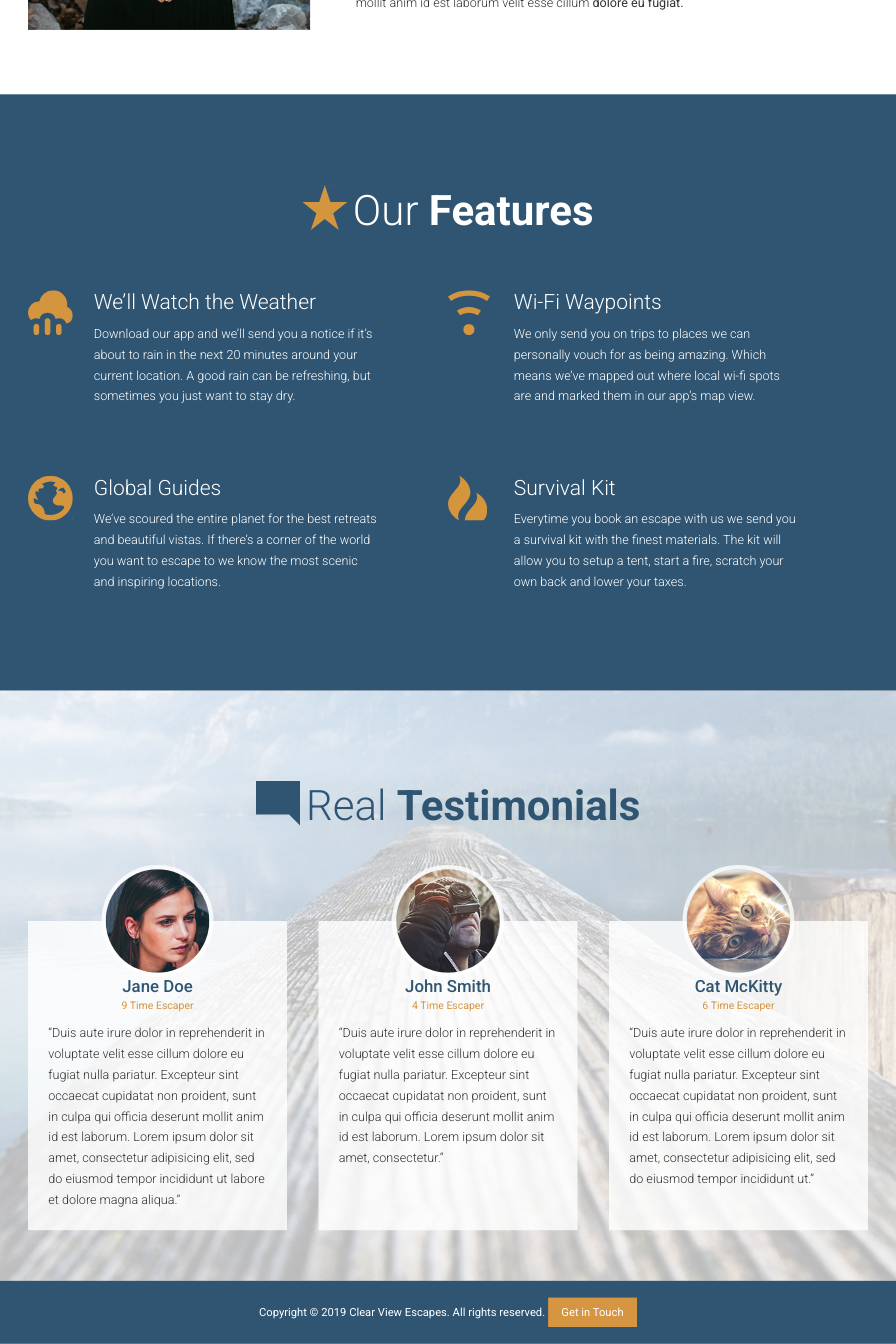
Repository: User0N/Travel-Website
Page: app/index.html
The author's editor kept a copy of each file at every save. The page is drawn from the files as they stood at one save, then again after the next save.
The browser window is 1280 px wide. The pictures show the part of the page from y = 2304 to 4224 px (the page is 4224 px tall), at 70% of full size.
A picture or video elsewhere on the page could not be fetched, so the positions and the page height are approximate.

Above is the page before, as saved 2020-01-11 21:20:15.

After the next save:
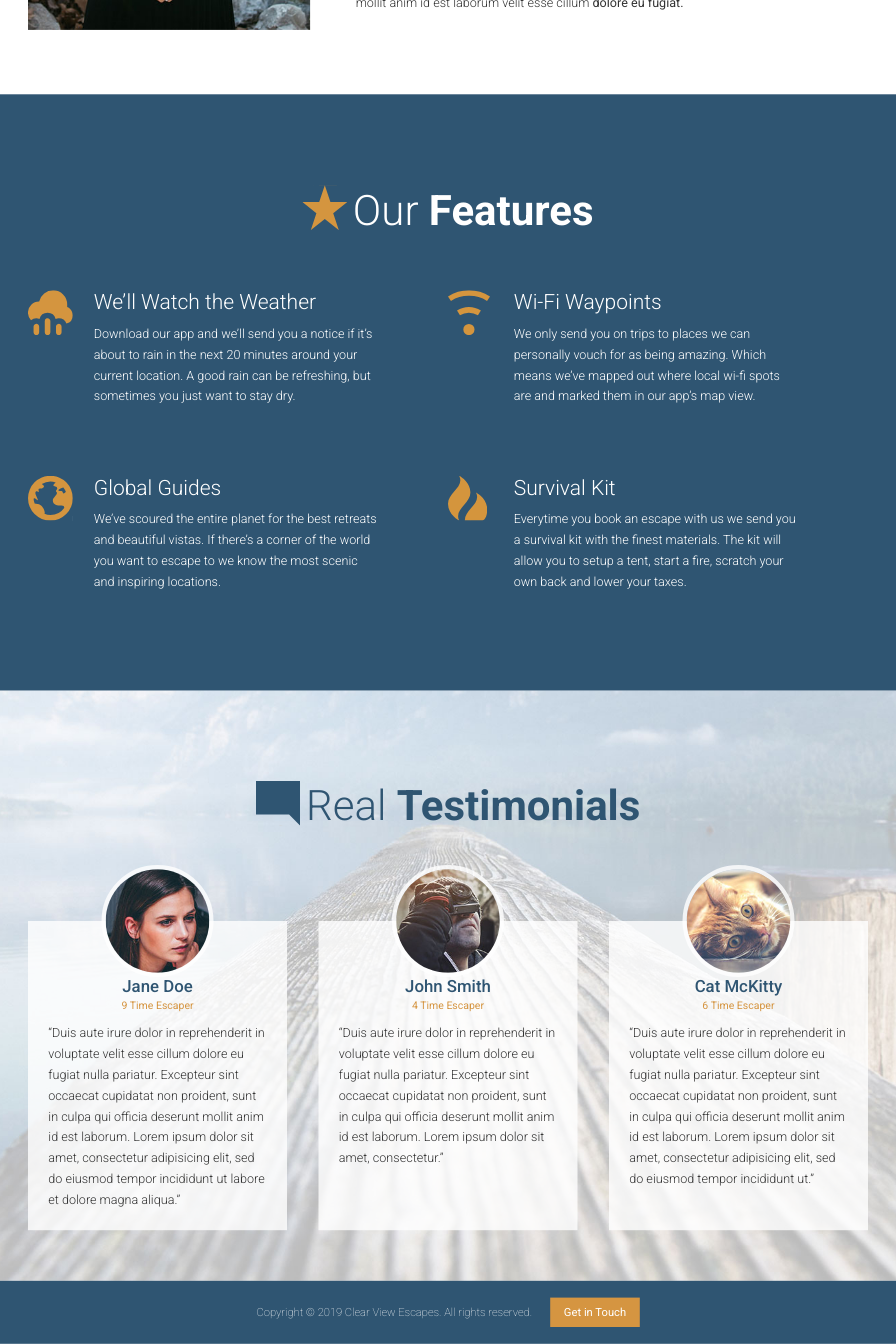
Saved 82 s later.
--- a/app/index.html
+++ b/app/index.html
@@ -218,7 +218,8 @@
 
   <footer class="site-footer">
     <div class="wrapper">
-      <p>Copyright &copy; 2019 Clear View Escapes. All rights reserved. <a href="#" class="btn btn--orange">Get in
+      <p><span class="site-footer__text">Copyright &copy; 2019 Clear View
+          Escapes. All rights reserved. </span> <a href="#" class="btn btn--orange">Get in
           Touch</a></p>
     </div>
   </footer>
